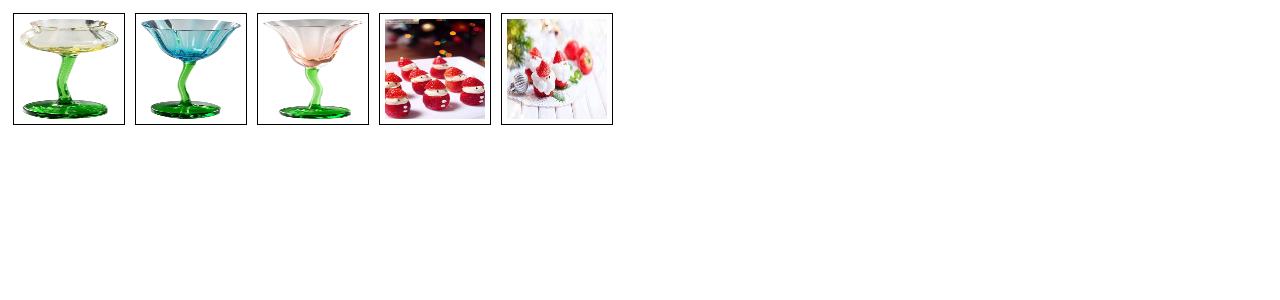
Repository: KangSuA/JSP
Page: webApp/src/main/webapp/jquery/jq07_object.html
These files come from the project's save history. The page is drawn as it stood at one moment and after the next save; the edit follows.
The browser window is 1280 px wide. The pictures show the whole page.

Above is the page before, as saved 2023-02-14 07:40:12.

After the next save:
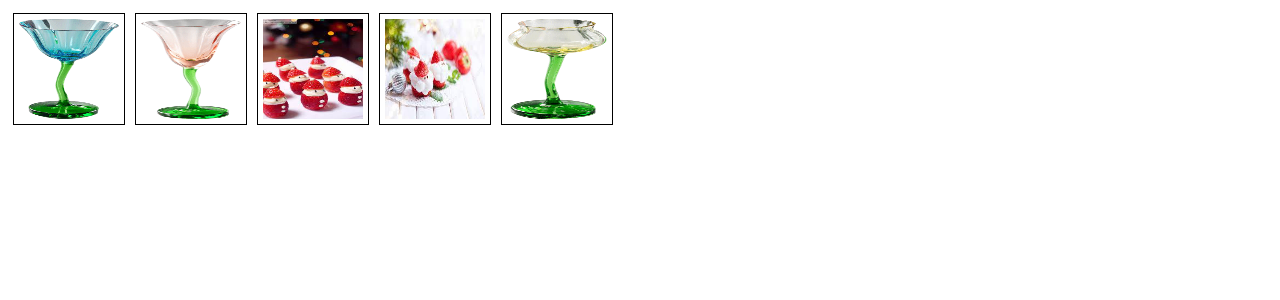
Saved 3 min 48 s later.
--- a/webApp/src/main/webapp/jquery/jq07_object.html
+++ b/webApp/src/main/webapp/jquery/jq07_object.html
@@ -21,6 +21,10 @@
 
 		$('ul').append("<li><img src='../img/01.jfif'/></li>");
 		$("<li><img src='../img/02.jfif'/></li>").appendTo('ul');
+
+		setTimeout(function(){
+		$("li:first").appendTo('ul');
+		},2000);
 	});
 </script>
 </head>
